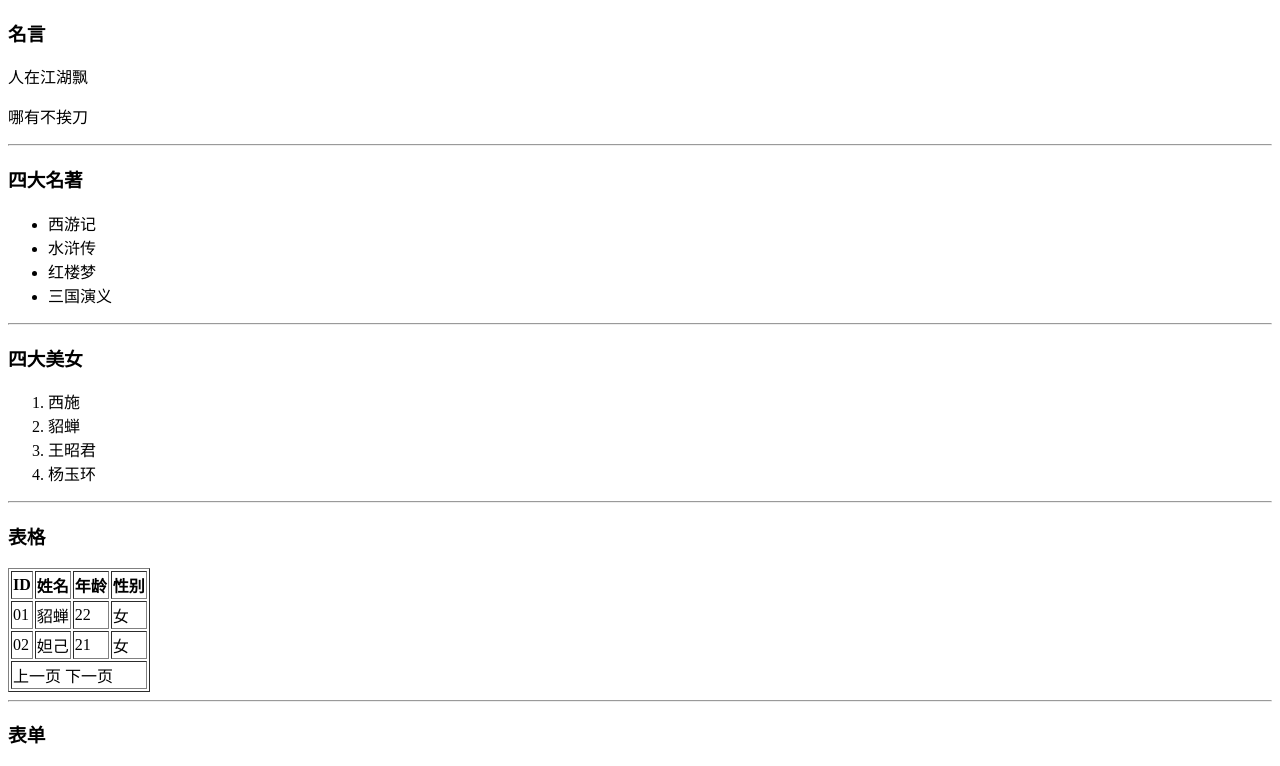
Repository: qyl1006/JavaApps
Page: workspace/html/WebContent/hello/practice.html
An editor plug-in stored every save of this project. The page is shown before and after the next save, followed by the edit.
The browser window is 1280 px wide. The pictures show the whole page.

Above is the page before, as saved 2018-02-26 05:27:24.

### workspace/html/WebContent/hello/practice.html
<!DOCTYPE html PUBLIC "-//W3C//DTD HTML 4.01 Transitional//EN" "http://www.w3.org/TR/html4/loose.dtd">
<html>
<head>
<meta http-equiv="Content-Type" content="text/html; charset=UTF-8">
<title>标签名</title>
</head>
<body>
	<h3>名言</h3>
	<p>人在江湖飘 </p>
	<p>哪有不挨刀</p>

	<hr/>

	<h3>四大名著</h3>
	<!--无序列表 -->
	<ul>
		<li>西游记</li>
		<li>水浒传</li>
		<li>红楼梦</li>
		<li>三国演义</li>
	</ul>

	<hr>

	<h3>四大美女</h3>
	<!-- 有序列表  -->
	<ol>
		<li>西施</li>
		<li>貂蝉</li>
		<li>王昭君</li>
		<li>杨玉环</li>
	</ol>

	<hr>

	<h3>表格</h3>
	<table border="1">
		<tr>
			<th>ID</th>
			<th>姓名</th>
			<th>年龄</th>
			<th>性别</th>
		</tr>
		<tr>
			<td>01</td>
			<td>貂蝉</td>
			<td>22</td>
			<td>女</td>
		</tr>
		<tr>
			<td>02</td>
			<td>妲己</td>
			<td>21</td>
			<td>女</td>
		</tr>
		<tr>
			<td colspan="4">上一页 下一页</td>
		</tr>
	</table>

	<hr>

	<h3>表单</h3>
	<form action="#" method="POST">

	</form>


</body>
</html>

After the next save:
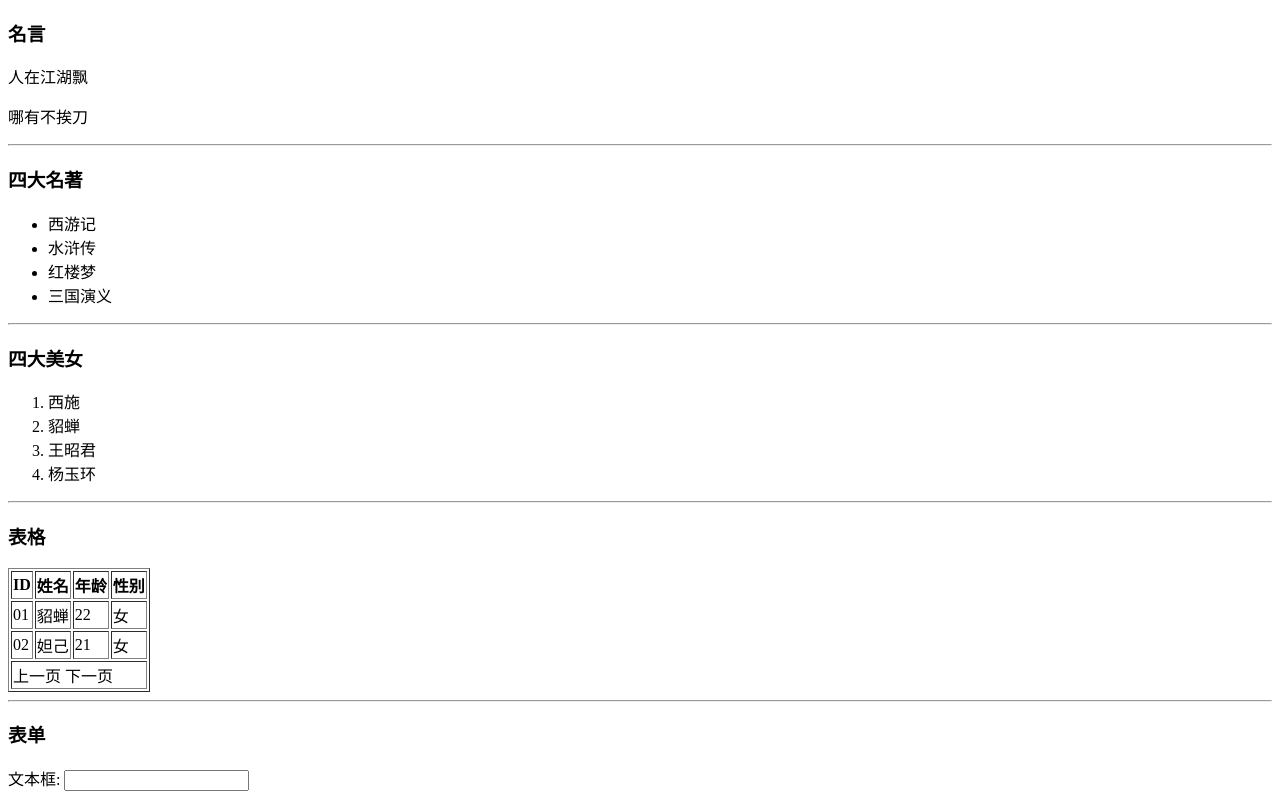
Saved 106 s later.
--- a/workspace/html/WebContent/hello/practice.html
+++ b/workspace/html/WebContent/hello/practice.html
@@ -62,9 +62,7 @@
 
 	<h3>表单</h3>
 	<form action="#" method="POST">
-
+		<P>文本框: <input /></P>
 	</form>
-
-
 </body>
 </html>
